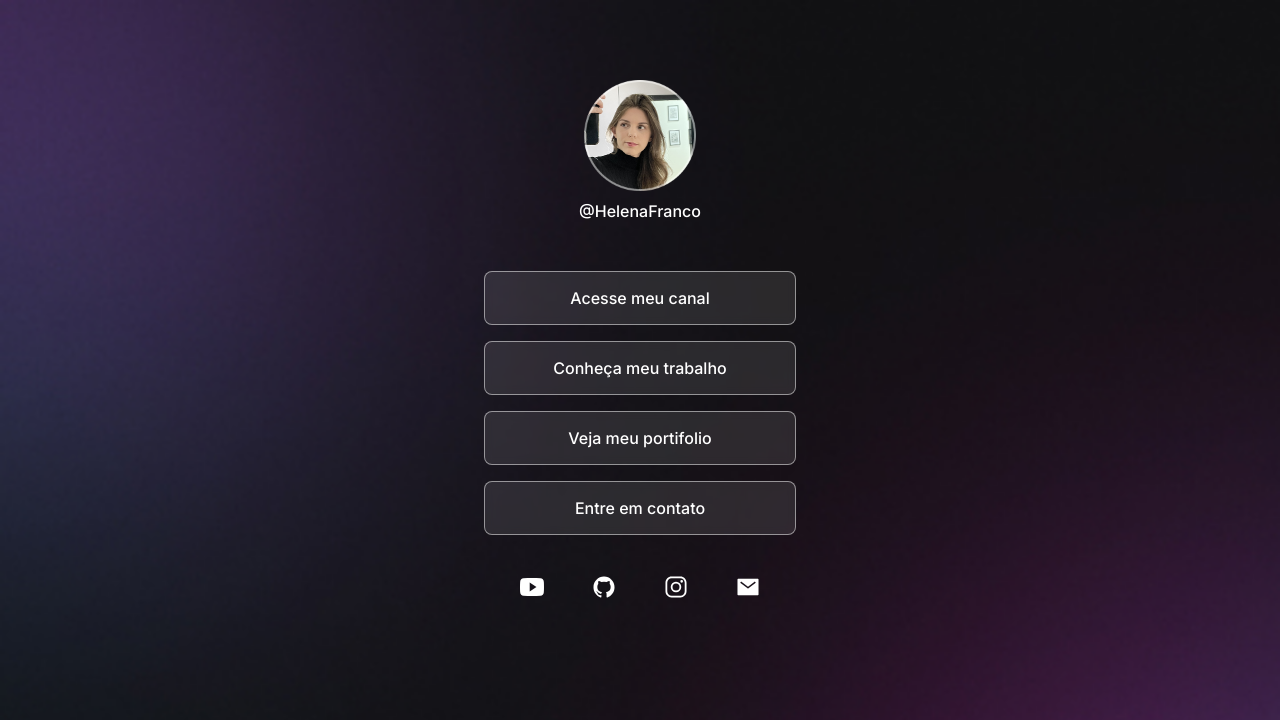
Repository: Fr4nc021/Pagina-de-links-
Page: index.html
These files come from the project's save history. The page is drawn as it stood at one moment and after the next save; the edit follows.
The browser window is 1280 px wide. The pictures show the whole page.

Above is the page before, as saved 2025-02-13 20:38:46.

### index.html
<!DOCTYPE html>
<html lang="pt-br">
<head>
    <link rel="preconnect" href="https://fonts.googleapis.com">
    <link rel="preconnect" href="https://fonts.gstatic.com" crossorigin>
    <link href="https://fonts.googleapis.com/css2?family=Inter:ital,opsz,wght@0,14..32,100..900;1,14..32,100..900&display=swap" rel="stylesheet">
    <meta charset="UTF-8">
    <meta name="viewport" content="width=device-width, initial-scale=1.0">
    <title>DevLinks</title>
    <link rel="stylesheet" href="style.css">
</head>
<body>
    <div id="container">
    <div id="profile">
    <img
        src="./assets/avatar.png"
        alt="Foto da Helena Franco sorrindo">
        <p>@HelenaFranco</p>
    </div>
    <div>
        <ul>
            <li>
                <a href="#" target="_blank">Acesse meu canal</a>
            </li>
            <li>
                <a href="#" target="_blank">Conheça meu trabalho</a>
            </li>
            <li>
                <a href="#" target="_blank">Veja meu portifolio</a>
            </li>
            <li>
                <a href="#" target="_blank">Entre em contato</a>
            </li>
        </ul>
    </div>
        <div id="social-links">
            <a href="https://www.youtube.com/@FR4NC021" target="_blank">
            <ion-icon name="logo-youtube"></ion-icon></a>

            <a href="https://github.com/Fr4nc021" target="_blank">
            <ion-icon name="logo-github"></ion-icon></a>

            <a href="https://www.instagram.com/h.franco__/" target="_blank">
            <ion-icon name="logo-instagram"></ion-icon></a>

            <a href="https://w.app/doczx7" target="_blank">
            <ion-icon name="mail-sharp"></ion-icon></a>
        </div>
    </div>
    <script
    type="module"
    src="https://unpkg.com/ionicons@7.1.0/dist/ionicons/ionicons.esm.js" ></script>
<script
nomodule
src = "https://unpkg.com/ionicons@7.1.0/dist/ionicons/ionicons.js" ></script>
</body>
</html>

### style.css
* {
    margin: 0%;
    padding: 0%;
    box-sizing: border-box;
}


body {
background: url(./assets/bg-mobile.jpg) no-repeat top center/cover;
}

body * {
        font-family: "Inter", sans-serif;
        color: #ffffff;
      }

#container {
    width: 360px;
    margin: 56px auto 0px;
    padding: 0 24px;
}

#profile img {
    width: 112px;
    display: block;
    margin: auto;

}

#profile {
    text-align: center;
    padding: 24px;
}

#profile p {
    font-weight: 500;
    line-height: 24px;
    margin-top: 8px;
}

/* Links */

ul{
    list-style: none;
    display: flex;
    flex-direction: column;
    gap: 16px;

    padding: 24px 0;
}

ul li a {

        display: flex;
        align-items: center;
        justify-content: center;

        padding: 16px 24px;

        background: rgba(255, 255,255, 0.1);
        border: 1px solid rgba(255, 255, 255, 0.5);
        border-radius: 8px;

        -webkit-backdrop-filter: blur(4px);
        backdrop-filter: blur(4px);

        text-decoration: none;
        font-weight: 500;

        transition: background 0.2s;
    }

    /* pseudo-selector */

    ul li a:hover {
        background: rgba(255, 255, 255, 0.05);
        border: 1.5px solid white;
    }

    #social-links {
        display: flex;
        justify-content: center;
        gap: 16px;

        margin-top: 24px 0;

        font-size:24px;
    }

    #social-links a {
        display: flex;
        align-items: center;
        justify-content: center;
        padding: 16px;
    }


    #social-links a:hover {
        background: rgba(255, 255, 255, 0.2);
        border-radius: 50%;
    }

After the next save:
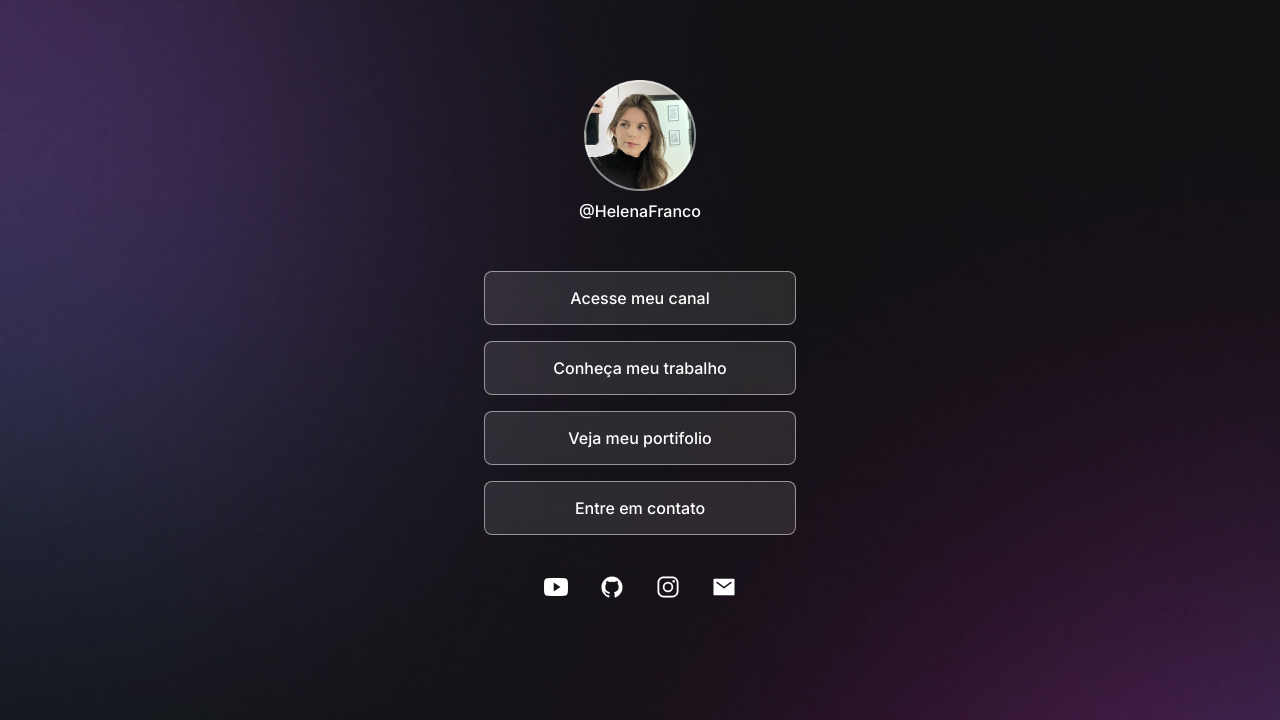
Saved 27 s later.
--- a/style.css
+++ b/style.css
@@ -80,7 +80,6 @@ ul li a {
     #social-links {
         display: flex;
         justify-content: center;
-        gap: 16px;
 
         margin-top: 24px 0;
 
